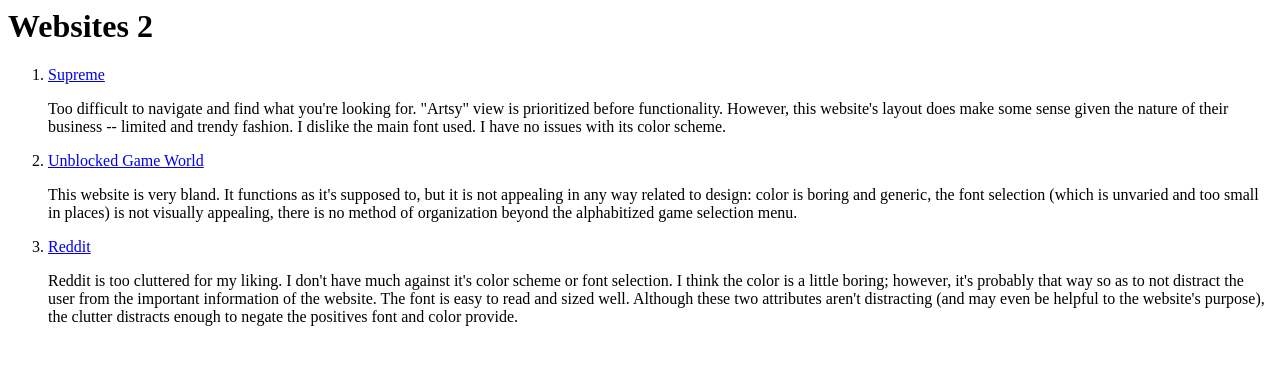
Repository: larranj1/my_website
Page: assignments/html/websites_2.html
The author's editor kept a record of every edit. The page is drawn from the files as they stood at one moment, then again after the next edit.
The browser window is 1280 px wide. The pictures show the whole page.

Above is the page before.

### assignments/html/websites_2.html
<html>
    <h1> Websites 2 </h1>
    <ol>
  <li> <a href="https://www.supremenewyork.com/">Supreme</a> </li>
  <p>Too difficult to navigate and find what you're looking for.  "Artsy" view is prioritized before functionality.  However, this website's layout does make some
  sense given the nature of their business -- limited and trendy fashion.  I dislike the main font used.  I have no issues with its color scheme.</p>
  <li> <a href="https://sites.google.com/site/unblockedgameworld/">Unblocked Game World</a> </li>
  <p>This website is very bland.  It functions as it's supposed to, but it is not appealing in any way related to design: color is boring and generic, the font selection
  (which is unvaried and too small in places) is not visually appealing, there is no method of organization beyond the alphabitized game selection menu. </p>
  <li> <a href="https://www.reddit.com/">Reddit</a> </li>
   <p> Reddit is too cluttered for my liking.  I don't have much against it's color scheme or font selection.  I think the color is a little boring; however, it's probably
   that way so as to not distract the user from the important information of the website.  The font is easy to read and sized well.  Although these two attributes
   aren't distracting (and may even be helpful to the website's purpose), the clutter distracts enough to negate the positives font and color provide. </p>
</ol>
</html>

After the next edit:
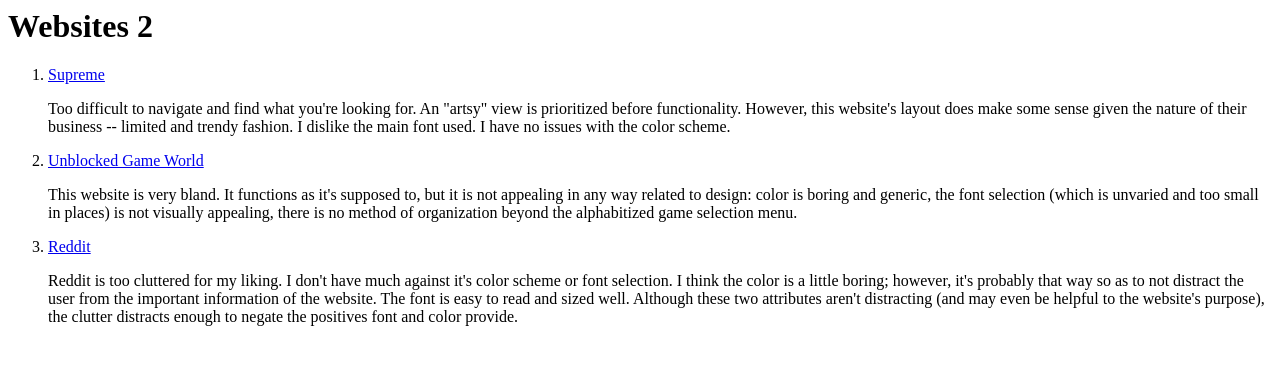
The edit:
--- a/assignments/html/websites_2.html
+++ b/assignments/html/websites_2.html
@@ -2,8 +2,8 @@
     <h1> Websites 2 </h1>
     <ol>
   <li> <a href="https://www.supremenewyork.com/">Supreme</a> </li>
-  <p>Too difficult to navigate and find what you're looking for.  "Artsy" view is prioritized before functionality.  However, this website's layout does make some
-  sense given the nature of their business -- limited and trendy fashion.  I dislike the main font used.  I have no issues with its color scheme.</p>
+  <p>Too difficult to navigate and find what you're looking for. An "artsy" view is prioritized before functionality.  However, this website's layout does make some
+  sense given the nature of their business -- limited and trendy fashion.  I dislike the main font used.  I have no issues with the color scheme.</p>
   <li> <a href="https://sites.google.com/site/unblockedgameworld/">Unblocked Game World</a> </li>
   <p>This website is very bland.  It functions as it's supposed to, but it is not appealing in any way related to design: color is boring and generic, the font selection
   (which is unvaried and too small in places) is not visually appealing, there is no method of organization beyond the alphabitized game selection menu. </p>
